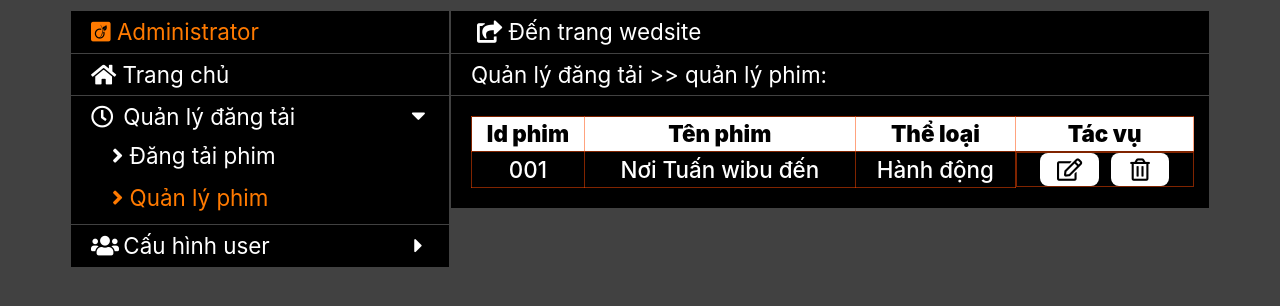
Repository: SonNguyen892002/Lau-Dai-Code
Page: http://localhost/wed-jdbc-1-2023/decorators/admin/qlphim.jsp
An editor plug-in stored every save of this project. The page is shown before and after the next save, followed by the edit.
The browser window is 1280 px wide. The pictures show the whole page.
The page is served by Tomcat 9. Nobody is signed in. The application's start-up code is not run.

Above is the page before, as saved 2022-01-16 04:45:55.

After the next save:
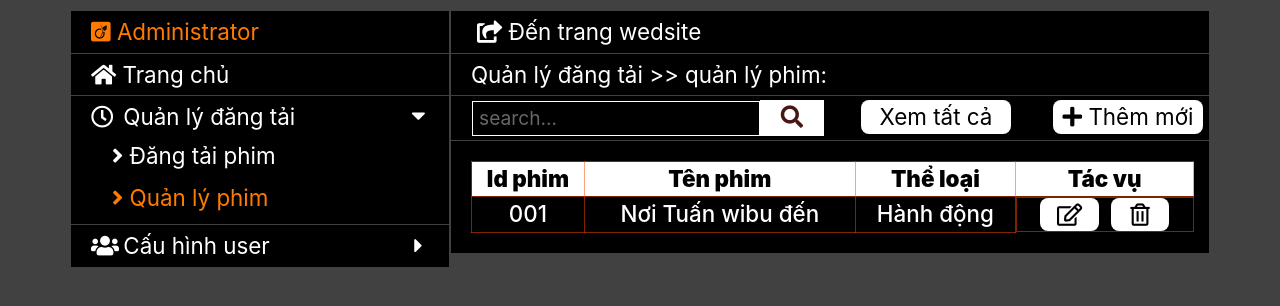
Saved 38 s later.
--- a/workspace/wed-jdbc-1-2023/src/main/webapp/decorators/admin/qlphim.jsp
+++ b/workspace/wed-jdbc-1-2023/src/main/webapp/decorators/admin/qlphim.jsp
@@ -1,6 +1,34 @@
 <%@ page language="java" contentType="text/html; charset=UTF-8"
-    pageEncoding="UTF-8"%>
-<%@ include file="header.jsp" %>
+	pageEncoding="UTF-8"%>
+<%@ include file="header.jsp"%>
+
+<div class="black p2">
+
+	<div class="row center">
+		<div class="col-xl-6">
+			<form action="#" method="">
+				<div class="row center">
+					<div class="col-xl-9 p0">
+						<input type="text" placeholder="search..." class="p3">
+					</div>
+					<div class="col-xl-2 p0 white ct">
+						<i class="fas fa-search"></i>
+					</div>
+				</div>
+			</form>
+		</div>
+
+		<div class="col-xl-3">
+			<a href="#" class="backgr ct">Xem tất cả</a>
+		</div>
+
+		<div class="col-xl-3">
+			<a href="#" class="backgr ct"><i class="fas fa-plus"></i> Thêm
+				mới</a>
+		</div>
+	</div>
+
+</div>
 
 <div class="black p2">
 
@@ -36,4 +64,4 @@
 	btnA.innerHTML = "Quản lý đăng tải >> quản lý phim:";
 </script>
 
-<%@ include file="footer.jsp" %>
+<%@ include file="footer.jsp"%>
